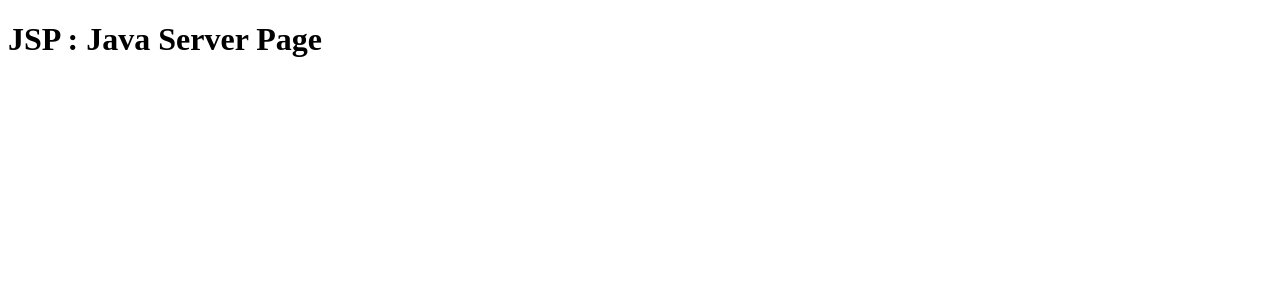
Repository: jinsoo115/jquery
Page: http://localhost/jqpro/0201/test.jsp
An editor plug-in stored every save of this project. The page is shown before and after a run of saves, followed by the edit.
The browser window is 1280 px wide. The pictures show the whole page.
The page is served by Tomcat 9. Other server files are loaded and not shown.

Above is the page before, as saved 2021-02-01 03:29:49.

### jqpro/WebContent/0201/test.jsp
<%@ page language="java" contentType="text/html; charset=UTF-8"
    pageEncoding="UTF-8"%>
<!DOCTYPE html PUBLIC "-//W3C//DTD HTML 4.01 Transitional//EN" "http://www.w3.org/TR/html4/loose.dtd">
<html>
<head>
<meta http-equiv="Content-Type" content="text/html; charset=UTF-8">
<title>Insert title here</title>
</head>
<body>
	<h1>JSP : Java Server Page</h1>
	<%
		String userId = request.getParameter("id");
		String userName = request.getParameter("name");
		String userTel = request.getParameter("tel");
		String userPass = request.getParameter("pass");
	%>
</body>
</html>

After the next 2 saves:
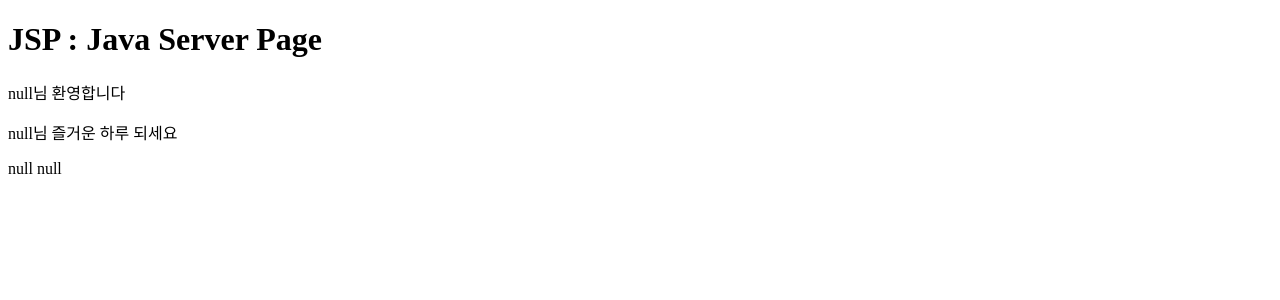
The 2 saves are shown as one change because they came seconds apart.
The last was saved 2 min 55 s later.
--- a/jqpro/WebContent/0201/test.jsp
+++ b/jqpro/WebContent/0201/test.jsp
@@ -14,5 +14,8 @@
 		String userTel = request.getParameter("tel");
 		String userPass = request.getParameter("pass");
 	%>
+	<p><%= userId %>님 환영합니다</p>
+	<p><%= userName %>님 즐거운 하루 되세요</p>
+	<p><%= userTel %> <%= userPass %></p>
 </body>
 </html>
